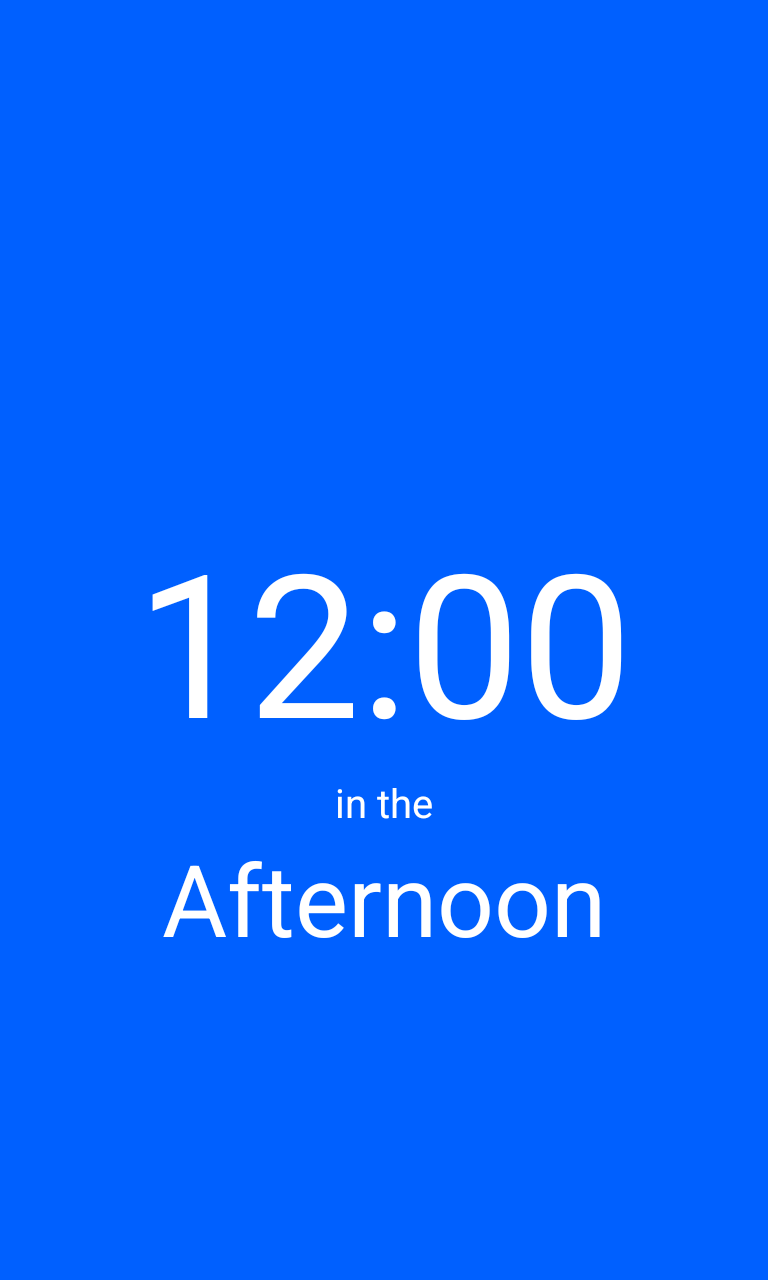
Repository: DinkyDetailsLLC/ADP2
Layout: WakeTimerforKids/res/layout/activity_main.xml
An editor plug-in stored every save of this project. The layout is shown before and after the next save, followed by the edit.
It is drawn on a 768 x 1280 px phone screen (xhdpi) without system bars, with theme AppTheme; the app's code is not run.

Above is the layout before, as saved 2014-02-12 05:55:38.

After the next save:
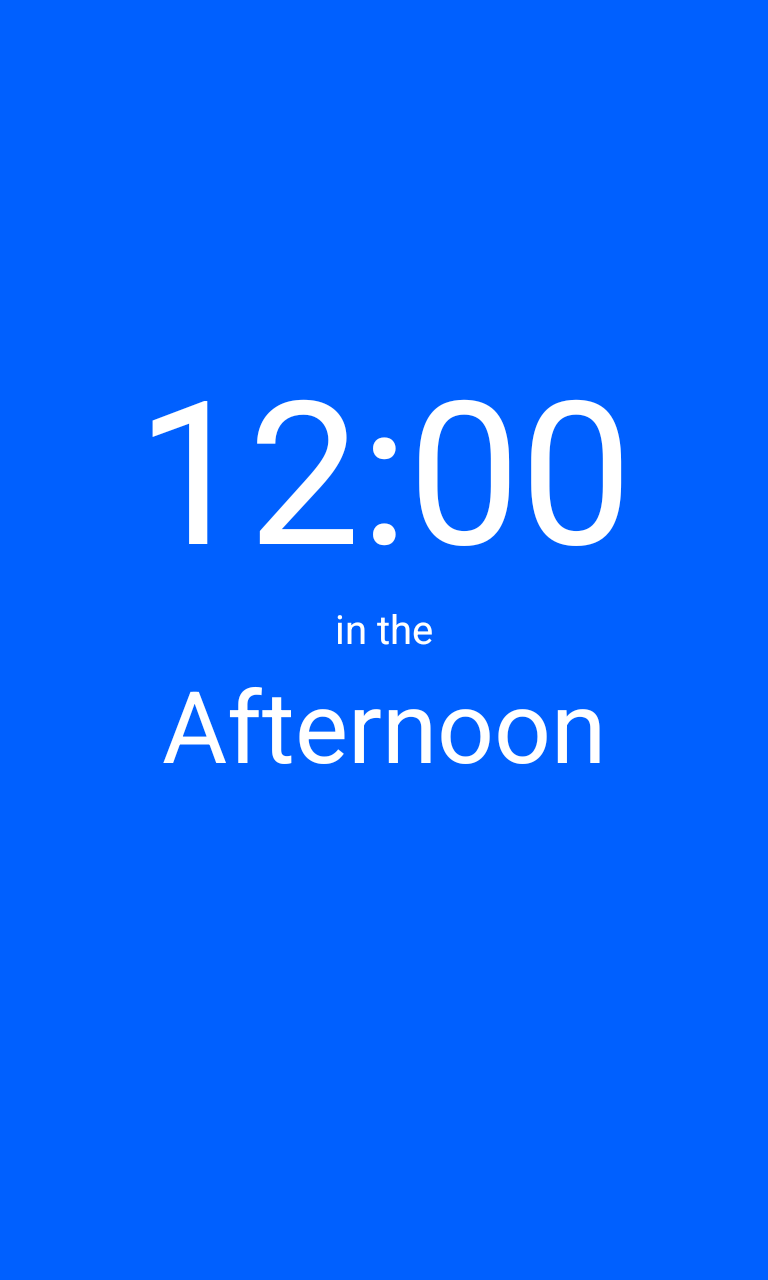
Saved 21 s later.
--- a/WakeTimerforKids/res/layout/activity_main.xml
+++ b/WakeTimerforKids/res/layout/activity_main.xml
@@ -14,7 +14,7 @@
         android:layout_width="wrap_content"
         android:layout_height="wrap_content"
         android:layout_centerHorizontal="true"
-        android:layout_centerVertical="true"
+        android:layout_marginTop="150dp"
         android:textColor="@color/white"
         android:textSize="100sp"
         android:format12Hour="h:mm"
